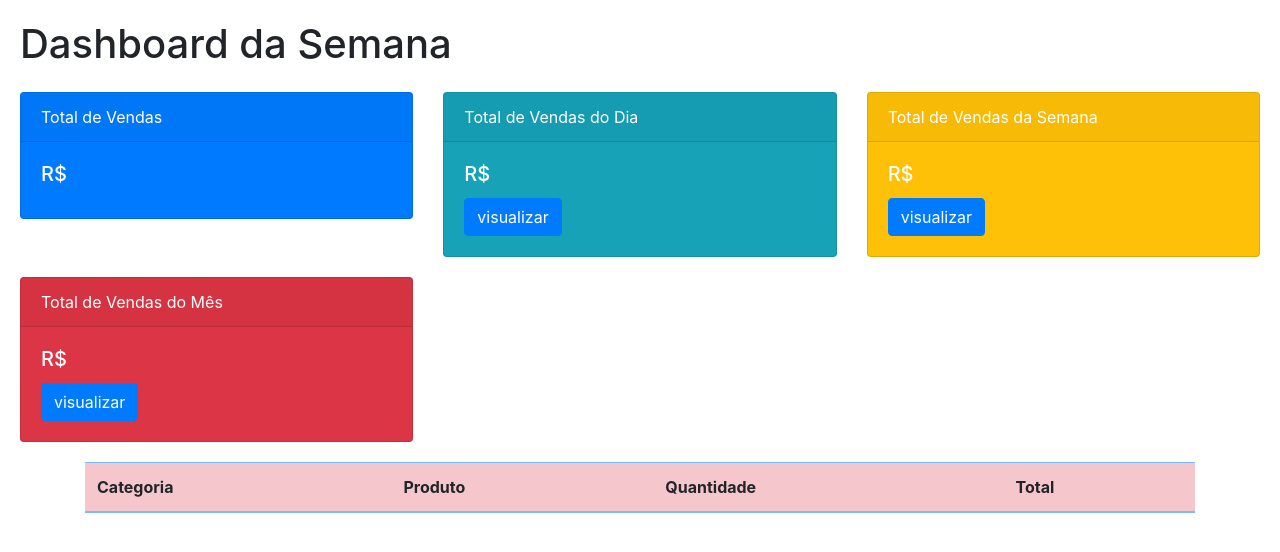
Repository: joaobatistafrontend/vendas_produto
Page: templates/detalhesSemana.html
An editor plug-in stored every save of this project. The page is shown before and after a run of saves, followed by the edit.
The browser window is 1280 px wide. The pictures show the whole page.
The template is drawn by Django 5.2. The application's start-up code is not run. The template is opened directly, without the code that normally fills it, so the values that code supplies are empty.

Above is the page before, as saved 2024-08-05 00:12:47.

After the next 2 saves:
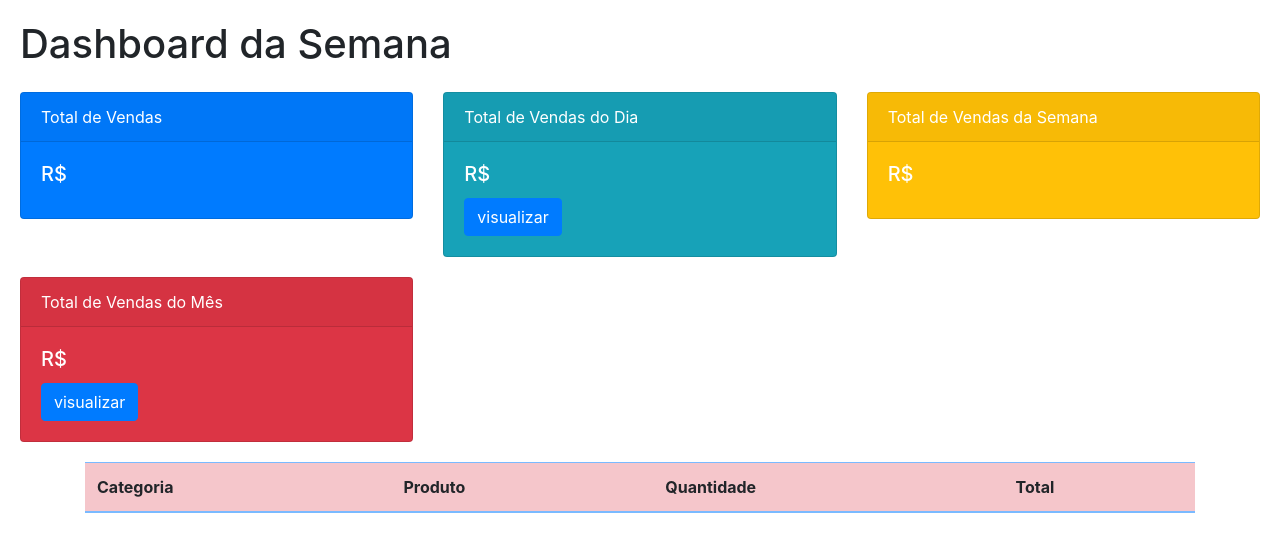
The 2 saves are shown as one change because they came seconds apart.
The last was saved 19 s later.
--- a/templates/detalhesSemana.html
+++ b/templates/detalhesSemana.html
@@ -48,7 +48,6 @@
                 <div class="card-header">Total de Vendas da Semana</div>
                 <div class="card-body">
                     <h5 class="card-title">R${{ vendasSemana }}</h5>
-                    <button class="btn btn-primary">visualizar</button>
                 </div>
             </div>
         </div>
